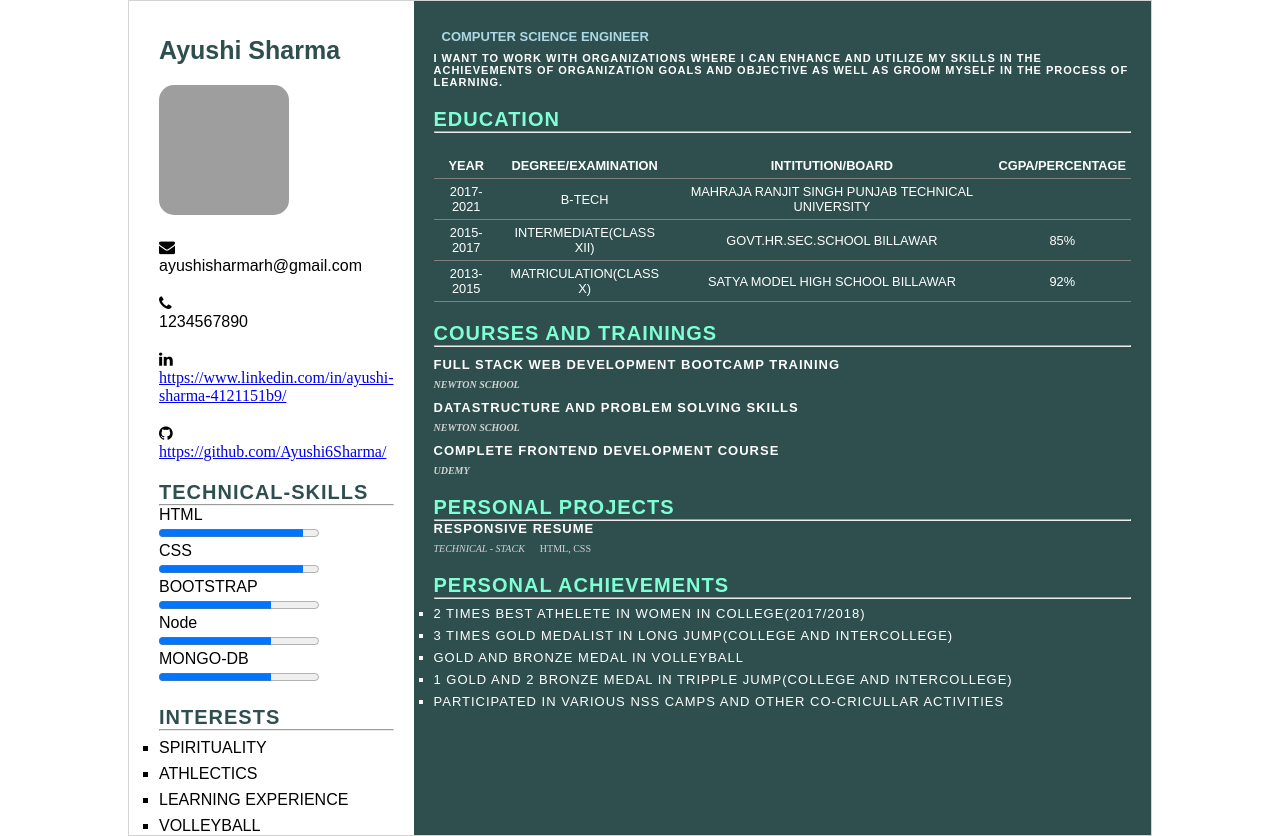
Repository: Ayushi6Sharma/Resume
Page: index.html
These files come from the project's save history. The page is drawn as it stood at one moment and after the next save; the edit follows.
The browser window is 1280 px wide. The pictures show the whole page.
Pictures or frames that could not be fetched are drawn as grey boxes.

Above is the page before, as saved 2022-05-05 00:31:17.

### index.html
<!DOCTYPE html>
<html lang="en">
    <head>
        <meta charset="utf-8">
        <meta http-equiv="X-UA-Compatible" content="IE=edge">
        <meta name="viewport" content="width=device-width, initial-scale=1">
        <meta name="description" content="Responsive resume for companies">
        <meta name="author" content="Ayushi Sharma">
        <div class="profile-linkedin"></div>
        <link rel="stylesheet" href="style.css">
        <!-- <link rel="stylesheet" href="https://cdn.jsdelivr.net/npm/@fortawesome/fontawesome-free@5.15.4/css/fontawesome.min.css" integrity="sha384-jLKHWM3JRmfMU0A5x5AkjWkw/EYfGUAGagvnfryNV3F9VqM98XiIH7VBGVoxVSc7" crossorigin="anonymous"> -->
        <!-- <link href="https://cdnjs.cloudflare.com/ajax/libs/font-awesome/5.13.0/css/all.min.css" rel="stylesheet"> -->
        <link rel="stylesheet" href="https://stackpath.bootstrapcdn.com/font-awesome/4.7.0/css/font-awesome.min.css" integrity="sha384-wvfXpqpZZVQGK6TAh5PVlGOfQNHSoD2xbE+QkPxCAFlNEevoEH3Sl0sibVcOQVnN" crossorigin="anonymous">
        <title>Resume</title>
    </head>
    <body>
        <main class="main-content" contenteditable="false">
            <section>
                <div class="left-main-content">
                    <!-- Profile data -->
                    <div class="profile-data">
                        <div class="name">Ayushi Sharma</div>
                        <div class="profile-image">
                           <img src="https://d3dyfaf3iutrxo.cloudfront.net/thumbnail/user/6c8447b7ed274991ae4f61d43667a32b.jpeg" class="img">
                        </div>
                        <div class="profile-email">
                            <div class="email-icon">
                                <i class="fa fa-envelope"></i>
                            </div>
                            <div class="email-address">
                                ayushisharmarh@gmail.com
                            </div>
                        </div>
                        <div class="profile-contact">
                            <div class="phone-icon">
                                <i class="fa fa-phone"></i>
                            </div>
                            <div class="phone-number">
                                1234567890
                            </div>
                        </div>
                        <div class="profile-linkedin">
                            <div class="linkedid-icon">
                                <i class="fa fa-linkedin"></i>
                            </div>
                            <div class="linkedin-account">
                                <a href="https://www.linkedin.com/in/ayushi-sharma-4121151b9/">https://www.linkedin.com/in/ayushi-sharma-4121151b9/</a>
                            </div>
                        </div>
                        <div class="profile-github">
                            <div class="github-icon">
                                <i class="fa fa-github"></i>
                            </div>
                            <div class="github account-account">
                               <a href="https://github.com/Ayushi6Sharma/">https://github.com/Ayushi6Sharma/</a>
                            </div>
                        </div>
                    </div>
                    <!-- Technical Skills -->
                    <div class="technical-skills">
                        <div class="title">
                            TECHNICAL-SKILLS
                        </div>
                        <hr>
                        <div class="skills">
                            <div class="skill-item">
                                HTML
                            </div>
                            <div class="skill-knowledge">
                                <progress value="90" max="100" class="bar"></progress>
                            </div>
                        </div>
                        <div class="skills">
                            <div class="skill-item">
                                CSS
                            </div>
                            <div class="skill-knowledge">
                                <progress value="90" max="100" class="bar"></progress>
                            </div>
                        </div>
                        <div class="skills">
                            <div class="skill-item">
                                BOOTSTRAP
                            </div>
                            <div class="skill-knowledge">
                                <progress value="70" max="100" class="bar"></progress>
                            </div>
                        </div>
                        <div class="skills">
                            <div class="skill-item">
                                Node
                            </div>
                            <div class="skill-knowledge">
                                <progress value="70" max="100" class="bar"></progress>
                            </div>
                        </div>
                        <div class="skills">
                            <div class="skill-item">
                                MONGO-DB
                            </div>
                            <div class="skill-knowledge">
                                <progress value="70" max="100" class="bar"></progress>
                            </div>
                        </div>
                    </div>
                    <!-- Interests -->
                    <div class="Interests">
                        <div class="title">
                            INTERESTS
                        </div>
                        <hr>
                        <ol class="interest-items">
                            <li>SPIRITUALITY</li>
                            <li>ATHLECTICS</li>
                            <li>LEARNING EXPERIENCE</li>
                            <li>VOLLEYBALL</li>
                        </ol>
                    </div>
                </div>
            </section>
            <!-- section 2 -->
            <section class="section2">
                <div class="right-main-content">
                    <div class="about">
                        <div class="stream">COMPUTER SCIENCE ENGINEER</div>
                        <p class="details"> I WANT TO WORK WITH ORGANIZATIONS WHERE I CAN ENHANCE AND UTILIZE MY SKILLS IN THE ACHIEVEMENTS OF
                            ORGANIZATION GOALS AND OBJECTIVE AS WELL AS GROOM MYSELF IN THE PROCESS OF LEARNING.
                        </p>
                    </div>
                     <div class="education">
                         <div class="title-right">
                             EDUCATION
                         </div>
                         <hr>
                         <div class="eduction-table">
                             <table>
                                 <thead>
                                     <tr>
                                         <th>YEAR</th>
                                         <th>DEGREE/EXAMINATION</th>
                                         <th>INTITUTION/BOARD</th>
                                         <th>CGPA/PERCENTAGE</th>
                                     </tr>
                                 </thead>
                                 <tr>
                                     <td>
                                         2017-2021
                                     </td>
                                     <td>
                                        B-TECH
                                     </td>
                                     <td>MAHRAJA RANJIT SINGH PUNJAB TECHNICAL UNIVERSITY</td>
                                     <td></td>
                                 </tr>
                                 <tr>
                                    <td>
                                        2015-2017
                                    </td>
                                    <td>
                                       INTERMEDIATE(CLASS XII)
                                    </td>
                                    <td>GOVT.HR.SEC.SCHOOL BILLAWAR</td>
                                    <td>
                                        85%
                                    </td>
                                </tr>
                                <tr>
                                    <td>
                                        2013-2015
                                    </td>
                                    <td>
                                       MATRICULATION(CLASS X)
                                    </td>
                                    <td>SATYA MODEL HIGH SCHOOL BILLAWAR</td>
                                    <td>
                                        92%
                                    </td>
                                </tr>
                             </table>
                         </div>
                     </div>
                     <div class="courses-and-trainings">
                         <div class="title-right">COURSES AND TRAININGS</div>
                         <hr>
                        <div class="training-1">
                            <dl>
                                <dt class="training-name">
                                    FULL STACK WEB DEVELOPMENT BOOTCAMP TRAINING
                                </dt>
                                <dd class="training-place">
                                    <i>NEWTON SCHOOL</i>
                                </dd>
                            </dl>
                        </div>
                        <div class="training-1">
                            <dl>
                                <dt class="training-name">
                                    DATASTRUCTURE AND PROBLEM SOLVING SKILLS
                                </dt>
                                <dd class="training-place">
                                    <i>NEWTON SCHOOL</i>
                                </dd>
                            </dl>
                        </div>
                        <div class="training-1">
                            <dl>
                                <dt class="training-name">
                                    COMPLETE FRONTEND DEVELOPMENT COURSE
                                </dt>
                                <dd class="training-place">
                                    <i>UDEMY</i>
                                </dd>
                            </dl>
                        </div>
                     </div>
                     <div class="personal-projects">
                        <div class="title-right">
                            PERSONAL PROJECTS
                        </div>
                        <hr>
                        <div class="project">
                            <dl>
                                <dt class="project-name">RESPONSIVE RESUME</dt>
                                <dd class="tech-stack">
                                    <i>TECHNICAL - STACK</i>
                                    <span>&emsp; HTML, CSS<span>
                                </dd>
                            </dl>
                        </div>
                     </div>
                     <div class="personal-achievements">
                        <div class="title-right">
                            PERSONAL ACHIEVEMENTS
                        </div>
                        <hr>
                        <ol class="achievements">
                            <li>2 TIMES BEST ATHELETE IN WOMEN IN COLLEGE<span class="ach-data">(2017/2018)<span></li>
                            <li>3 TIMES GOLD MEDALIST IN LONG JUMP<span class="ach-data">(COLLEGE AND INTERCOLLEGE)<span></li>
                            <li>GOLD AND BRONZE MEDAL IN VOLLEYBALL</li>
                            <li>1 GOLD AND 2 BRONZE MEDAL IN TRIPPLE JUMP<span class="ach-data">(COLLEGE AND INTERCOLLEGE)</span></li>
                            <li>PARTICIPATED IN VARIOUS NSS CAMPS AND OTHER CO-CRICULLAR ACTIVITIES</li>
                        </ol>
                     </div>

                </div>
            </section>
        </main>
    </body>
</html>

### style.css
*
{
    margin:0px;
    padding:0px;
    box-sizing: border-box;
}
.main-content
{
    display: grid;
    grid-template-columns:1fr 3fr;
    width:80%;
    margin: auto;
    border:1px solid lightgrey;
}
.left-main-content
 {
     /* grid-column: span 1; */
    padding-left: 30px;
    padding-right: 20px;
}
.section2
{
    background-color:#2F4F4F;
}
.right-main-content
{
    padding-left:20px;
    padding-right: 20px;
}
.profile-data > div{
    margin-top: 20px;
}
/* profile data */
.name
{
    font-weight:bolder;
    font-size:25px;
    font-family: sans-serif;
    padding-top: 15px;
    color:#2F4F4F;
}
.img
{
    width:130px;
    height:130px;
    border-radius:15px;
}
.email-address{
    font-size: 16px;
    font-family: sans-serif;
}
.phone-number
{
    font-size: 16px;
    font-family: sans-serif;
}
.skill-item
{
    font-family: sans-serif;
}
.interest-items > li
{
    font-family: sans-serif;
    font-size: 16px;
    padding-top: 8px;
}
/* technical skills */
.title{
    margin-top: 20px;
    font-weight: bold;
    font-size: 20px;
    letter-spacing: 1px;
    font-family: sans-serif;
    color:#2F4F4F;
}
.title-right{
    margin-top: 20px;
    font-weight: bold;
    font-size: 20px;
    letter-spacing: 1px;
    font-family: sans-serif;
    color:aquamarine;
}
/* Interest */
.interest-items{
    list-style-type: square;
    font-size: 13px;
    font-family: sans-serif;
}
/* Right main content */
.stream
{
    color: lightblue;
    font-family: sans-serif;
    font-size: 13px;
    margin-top: 20px;
    padding: 8px;
    font-weight: bold;
}
.details
{
    font-size: 11px;
    font-family: sans-serif;
    font-weight: bold;
    letter-spacing: 1px;
    color:white;
}
/* EDUCTAION */
.eduction-table
{
    margin-top: 20px;
}
table,th,td
{
    border-bottom:1px solid grey;
    border-collapse: collapse;
    text-align: center;
    padding:5px;
    font-size: 1vw;
    font-family: sans-serif;
    color:white;
}
/* TRIANING AND COURSES */
.training-name
{
    font-weight: bold;
    font-size:13px;
    font-family: sans-serif;
    color:white;
    letter-spacing: 1px;
    padding-top: 10px;
}
.training-place
{
    font-weight: bold;
    font-size: 10px;
    color:lightgrey;
    padding-top: 7px;
}
/* PROJECTS */
.project-name
{
    letter-spacing: 1px;
    font-weight: bold;
    font-size:13px;
    font-family: sans-serif;
    color:white;
}
.tech-stack
{
    color:lightgrey;
    font-size: 10px;
    padding-top: 7px;
}
.stack-name li
{
    list-style-type: square;
}
/* ACHIEVEMENTS */
.achievements
{
    list-style-type: square;
    font-size: 13px;
    font-family:sans-serif;
    letter-spacing: 1px;
}
.achievements li
{
    padding-top: 7px;
    color:white;
    /* padding-bottom: 20px; */
}
/* media queries for responsive page */

@media only screen and (max-width:480px)
{   .main-content
    {
        grid-template-columns:repeat(1,1fr);
        width:100%;
    }
    .title
    {
        font-size: 15px;
    }
    th,td
    {
        font-size:10px;
        padding: 2px;
    }
    .training-name
    {
        font-size:10px;
    }
    .training-place
    {
        font-size: 8px;
    }
}
@media only screen and (min-width:481px) and (max-width:768px)
{
    .main-content
    {
        grid-template-columns:repeat(1,1fr);
        width:100%;
    }
    .title
    {
        font-size: 18px;
    }
    table,th,td
    {
        font-size: 10px;
    }
    .training-name
    {
        font-size:12px;
    }
    .training-place
    {
        font-size: 9px;
    }
}
@media only screen and (min-width:481px) and (max-width:768px)
{
    th,td
    {
        font-size: 10px;
        padding: 5px;
    }
}

After the next save:
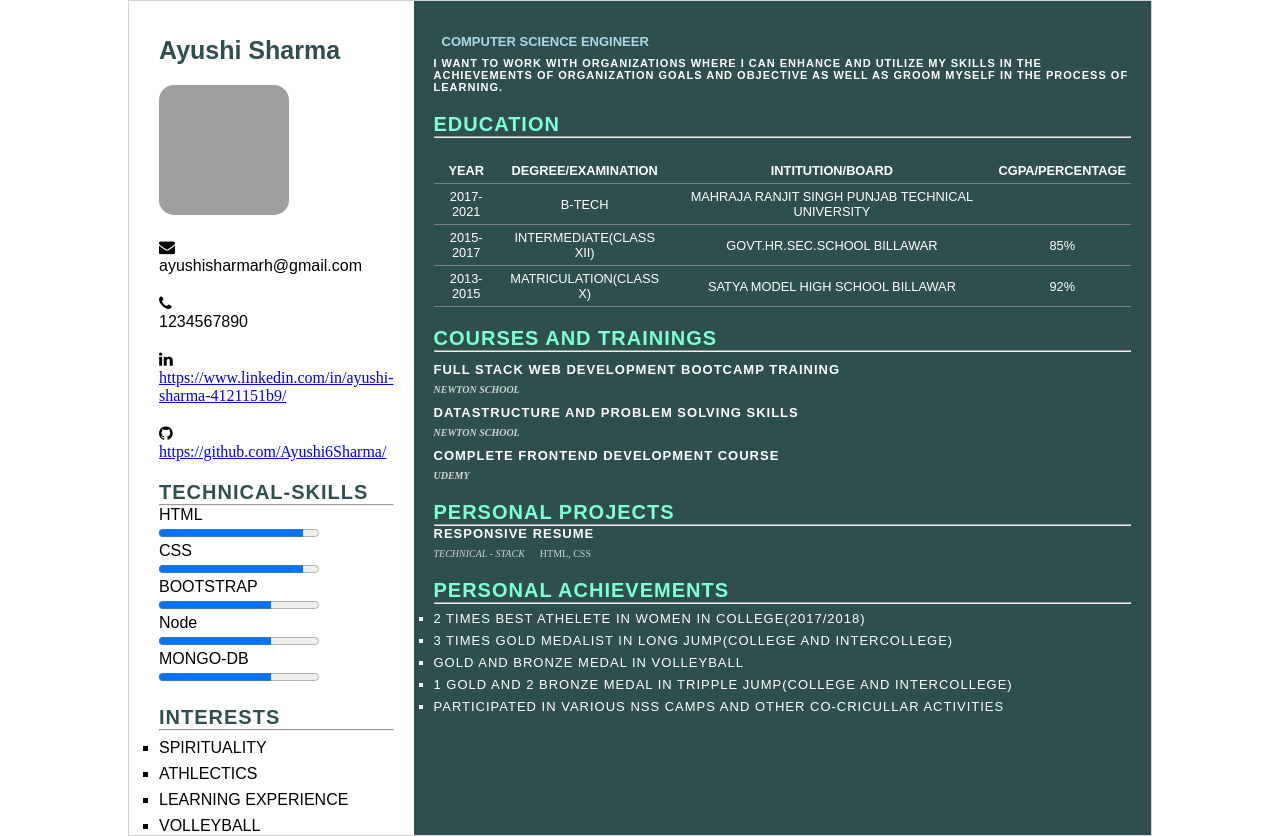
Saved 8 s later.
--- a/style.css
+++ b/style.css
@@ -93,7 +93,7 @@
     color: lightblue;
     font-family: sans-serif;
     font-size: 13px;
-    margin-top: 20px;
+    margin-top: 25px;
     padding: 8px;
     font-weight: bold;
 }
